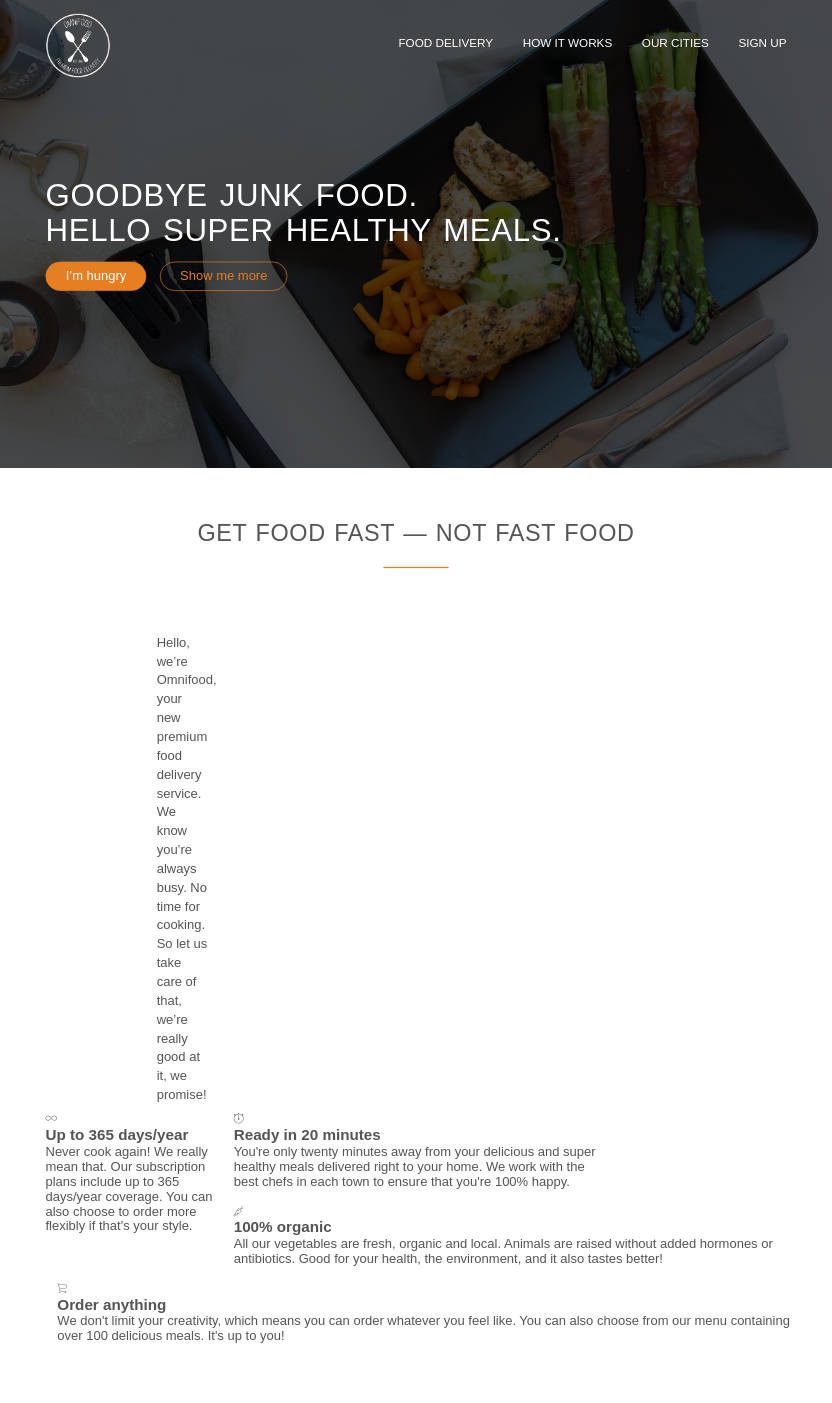
Repository: pboi18/E-Foods
Page: index.html
An editor plug-in stored every save of this project. The page is shown before and after the next save, followed by the edit.
The browser window is 1280 px wide. The pictures show the whole page, at 65% of full size.

Above is the page before, as saved 2020-07-09 23:39:40.

### index.html
<!DOCTYPE html>
<html lang="en">
    <head>
        <meta http-equiv="Content-Type" content="text/html;charset=UTF-8">
        <link rel="stylesheet" href="vendors/css/normalize.css">
        <link rel="stylesheet" href="vendors/css/7.1 Grid.css">
        <link rel="stylesheet" href="vendors/css/ionicons.min.css">
        <link rel="stylesheet" href="resources/css/style.css">
        <link href='http://fonts.googleapis.com/css?family=Lato:100,300,400,300italic' rel='stylesheet' type='text/css'>
        <title>Ominifoods</title>
    </head>

    <body>
        <header>
            <nav>
                <div class="row">
                    <img src="resources/img/logo-white.png" alt="Ominifood logo" class="logo">

                    <ul class="main-nav">
                        <li><a href="#">Food delivery</a></li>
                        <li><a href="#">How it works</a></li>
                        <li><a href="#">Our cities</a></li>
                        <li><a href="#">Sign up</a></li>
                    </ul>

                </div>
            </nav>
            <div class="hero-text-box">
                <h1>Goodbye junk food. <br> Hello super healthy meals.</h1>
                <a href="#" class="btn btn-full">I’m hungry </a>
                <a href="#" class="btn btn-ghost">Show me more </a>
            </div>

        </header>

        <section class="section-features">
            <div class="row">
                <h2>Get food fast &mdash; not fast food</h2>
                <p class="long-copy">
                    Hello, we’re Omnifood, your new premium food delivery service. We know you’re always busy. No time for cooking. So let us take care of that, we’re really good at it, we promise!
                </p>
            </div>

            <div class="row">
                <div class="col span-1-of-4">
                    <e class="ion-ios-infinite-outline"></e>
                    <h3>Up to 365 days/year</h3>
                    <p>
                        Never cook again! We
                        really mean that. Our subscription
                        plans include up to 365
                        days/year coverage. You can
                        also choose to order more
                        flexibly if that's your style.
                    </p>
                </div>

                <div class="col span-2-of-4">
                    <e class="ion-ios-stopwatch-outline"></e>
                    <h3>Ready in 20 minutes</h3>
                    <p>
                        You're only twenty minutes
                        away from your delicious and
                        super healthy meals delivered
                        right to your home. We work
                        with the best chefs in each
                        town to ensure that you're
                        100% happy.
                    </p>
                </div>

                <div class="col span-3-of-4">
                    <e class="ion-ios-nutrition-outline"></e>
                    <h3>100% organic</h3>
                    <p>
                        All our vegetables are fresh, organic and local. Animals are raised without added hormones or antibiotics. Good for your health, the environment, and it also tastes better!
                    </p>
                </div>

                <div class="col span-4-of-4">
                    <e class="ion-ios-cart-outline"></e>
                    <h3>Order anything</h3>
                    <p>
                        We don't limit your creativity, which means you can order whatever you feel like. You can also choose from our menu containing over 100 delicious meals. It's up to you!
                    </p>
                </div>
            </div>
        </section>
    </body>
</html>

### resources/css/style.css
/*  --------------------------- */
/*  BASIC SETUP */
/*  --------------------------- */

* {
    margin: 0;
    padding: 0;
    box-sizing: border-box;
}

html {
    background-color: #fff;
    color: #555;
    font-family: Arial, Helvetica, sans-serif,'Lato';
    font-weight: 300;
    font-size: 20px;
    text-rendering: optimizeLegibility;
}


/*  --------------------------- */
/*  REUSEABLE COMPONENTS */
/*  --------------------------- */


.row {
    max-width: 1140px;
    margin: 0 auto;
}

section {
    padding: 80px 0;
}

/*  --------------------------- */
/*  HEADINGS */
/*  --------------------------- */

h1,
h2 {

    font-weight: 300;
    text-transform: uppercase;
    letter-spacing: 1px;
}

h1 {
    margin-top: 0;
    margin-bottom: 20px;
    color: #fff;
    font-size: 240%;
    word-spacing: 4px;
}

h2 {
    font-size: 180%;
    word-spacing: 2px;
    text-align: center;
    margin-bottom: 100px;
}

h2:after {
    display: block;
    height: 2px;
    background-color: #e67e22;
    content: " ";
    width: 100px;
    margin: 0 auto;
    margin-top: 30px;
}


/*  --------------------------- */
/*  paragraps*/
/*  --------------------------- */


.long-copy {
    line-height: 145%;
    width: 7%;
    margin-left: 15%;
}

/*  --------------------------- */
/*  BUTTONS */
/*  --------------------------- */

.btn:link,
.btn:visited {
    display: inline-block;
    padding: 10px 30px;
    font-weight: 300;
    text-decoration: none;
    border-radius: 200px;
    transition: all 0.2s;
}


.btn-full:link,
.btn-full:visited {
    background-color: #e67e22;
    border: 1px solid #e67e22;
    color: #fff;
    margin-right: 15px;
}

.btn-ghost:link,
.btn-ghost:visited {
    border: 1px solid #e67e22;
    color: #e67e22;
}

.btn:hover,
.btn:active {
    background-color: #cf6d17;
}


.btn-full:hover,
.btn-full:active {
    border: 1px solid #cf6d17;
}

.btn-ghost:hover,
.btn-ghost:active {
    border: 1px solid #e67e22;
    color: #fff;
}

/*  --------------------------- */
/*  HEADER */
/*  --------------------------- */

header {
    background-image: linear-gradient(rgba(0, 0, 0, 0.7), rgba(0, 0, 0, 0.7)), url(img/hero.jpg);
    background-size: cover;
    background-position: center;
    height: 100vh;
}


.hero-text-box {
    position: absolute;
    width: 1140px;
    top: 50%;
    left: 50%;
    transform: translate(-50%, -50%);
}

.logo {
    height: 100px;
    width: auto;
    float: left;
    margin-top: 20px;
}

.main-nav {
    float: right;
    list-style: none;
    margin-top: 55px;
}

.main-nav li {
    display: inline-block;
    margin-left: 40px;
}

.main-nav li a:link,
.main-nav li a:visited {
    padding: 5px 0px;
    color: #fff;
    text-decoration: none;
    text-transform: uppercase;
    font-size: 90%;
    border-bottom: 2px solid transparent;
    transition: all 0.2s;

}
.main-nav li a:hover,
.main-nav li a:active {
    border-bottom: 2px solid #e67e22;
}


/*  --------------------------- */
/*  FEATURES */
/*  --------------------------- */

Loaded but not shown: vendors/css/normalize.css (library); vendors/css/7.1 Grid.css (library); vendors/css/ionicons.min.css (library)

After the next save:
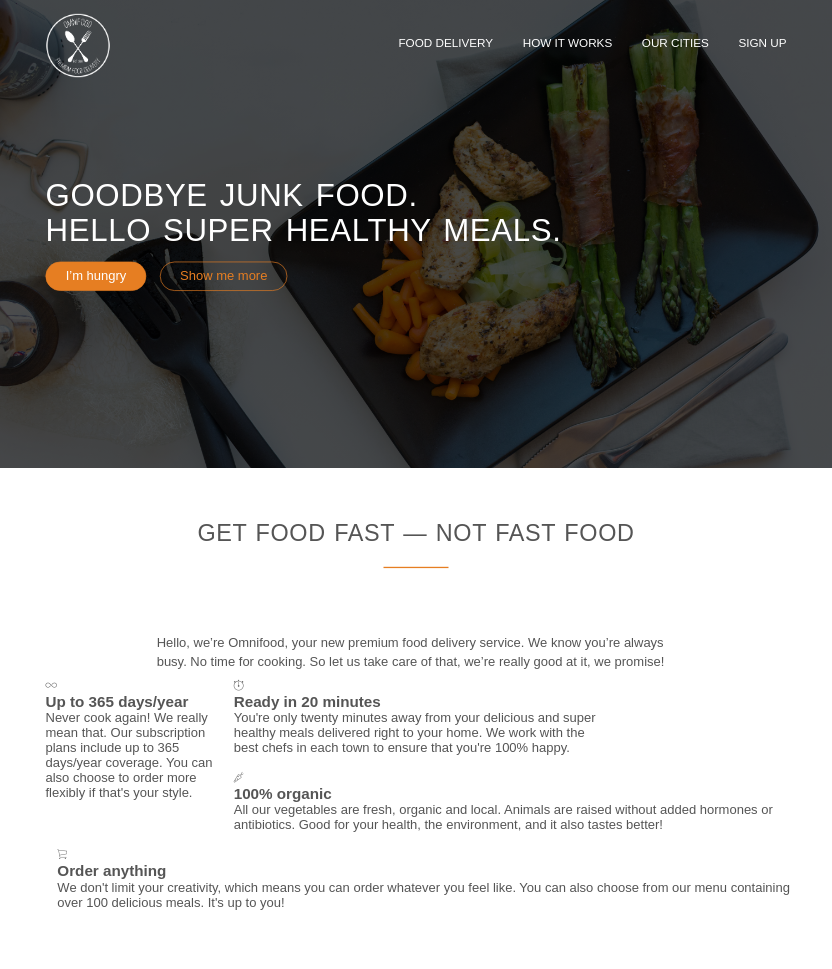
Saved 10 s later.
--- a/resources/css/style.css
+++ b/resources/css/style.css
@@ -77,7 +77,7 @@ h2:after {
 
 .long-copy {
     line-height: 145%;
-    width: 7%;
+    width: 70%;
     margin-left: 15%;
 }
 
